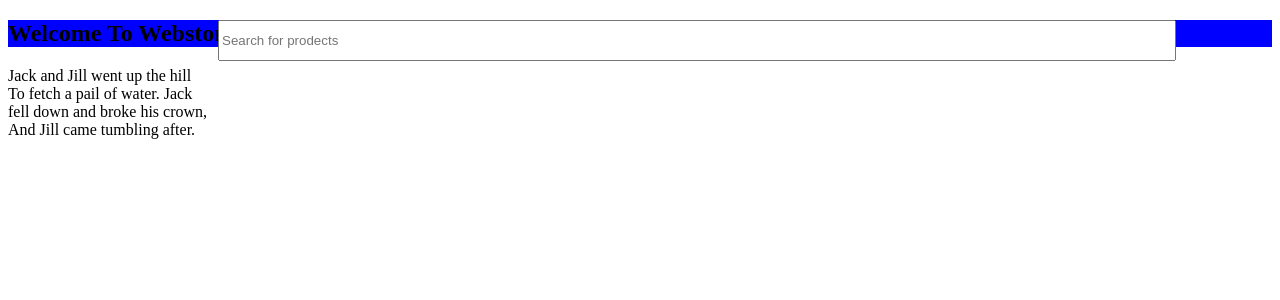
Repository: sourogithub/Final-yr-project-using-j2ee
Page: http://localhost/Webstore/JSP Pages/index.jsp
An editor plug-in stored every save of this project. The page is shown before and after the next save, followed by the edit.
The browser window is 1280 px wide. The pictures show the whole page.
The page is served by Tomcat 9.

Above is the page before, as saved 2017-04-11 07:28:17.

After the next save:
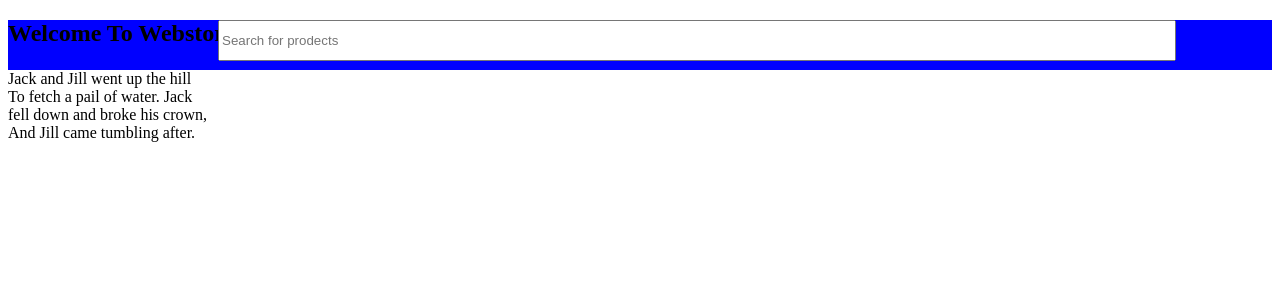
Saved 33 s later.
--- a/Webstore/WebContent/JSP Pages/index.jsp
+++ b/Webstore/WebContent/JSP Pages/index.jsp
@@ -8,7 +8,7 @@
 
 </head>
 <body>
-<div id="top" style="background:blue">
+<div id="top" style="background:blue;height:50px">
 <h2>Welcome To Webstore
 <input type="text" placeholder="Search for prodects" required style="position:absolute;right:104px; border-width:2;float: right;width:950px;height:35px"></h2>
 </div>
